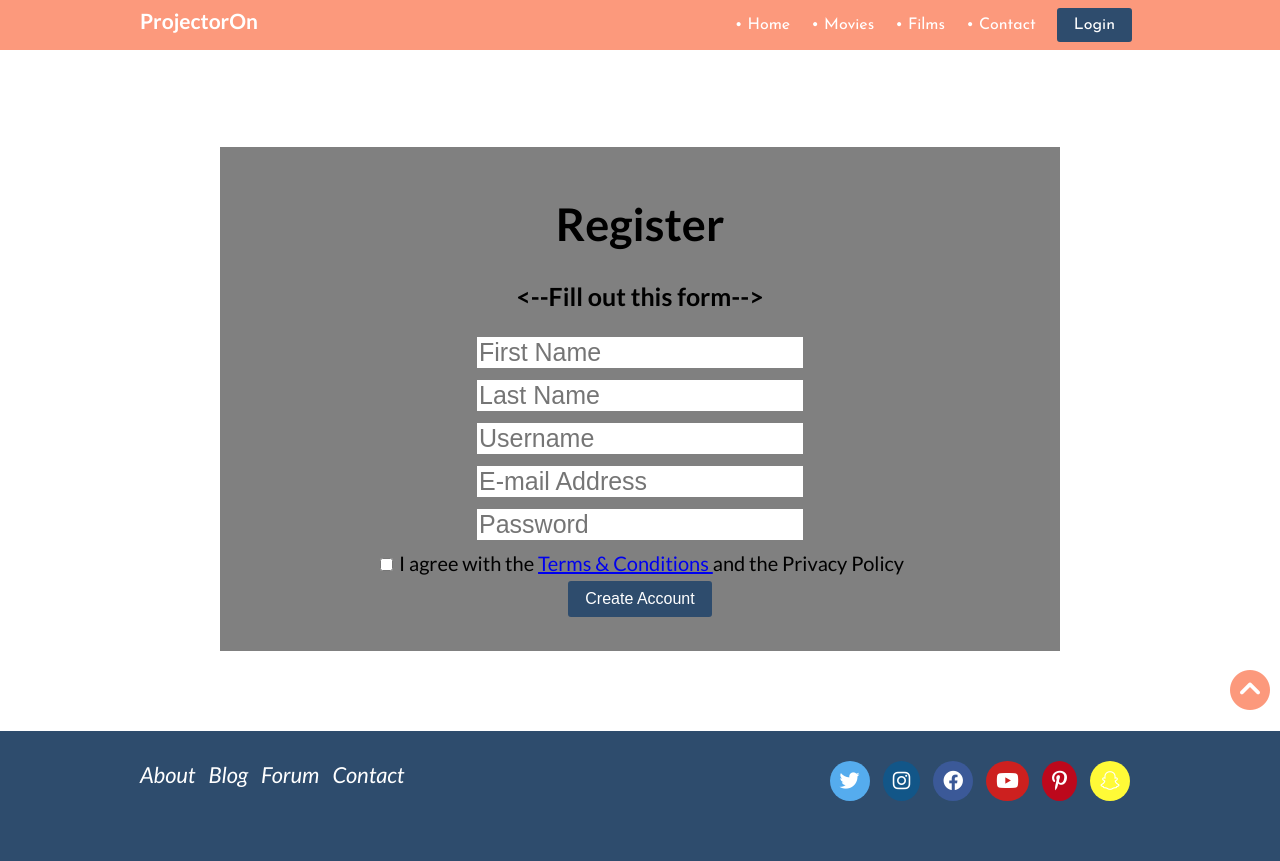
Repository: albayrakfatih/ProjectorOn_WebMovieApp
Page: register.html
The author's editor kept a copy of each file at every save. The page is drawn from the files as they stood at one save, then again after a run of saves.
The browser window is 1280 px wide. The pictures show the whole page.
Some web libraries are served in a nearby version.

Above is the page before, as saved 2023-04-30 02:12:15.

After the next 3 saves:
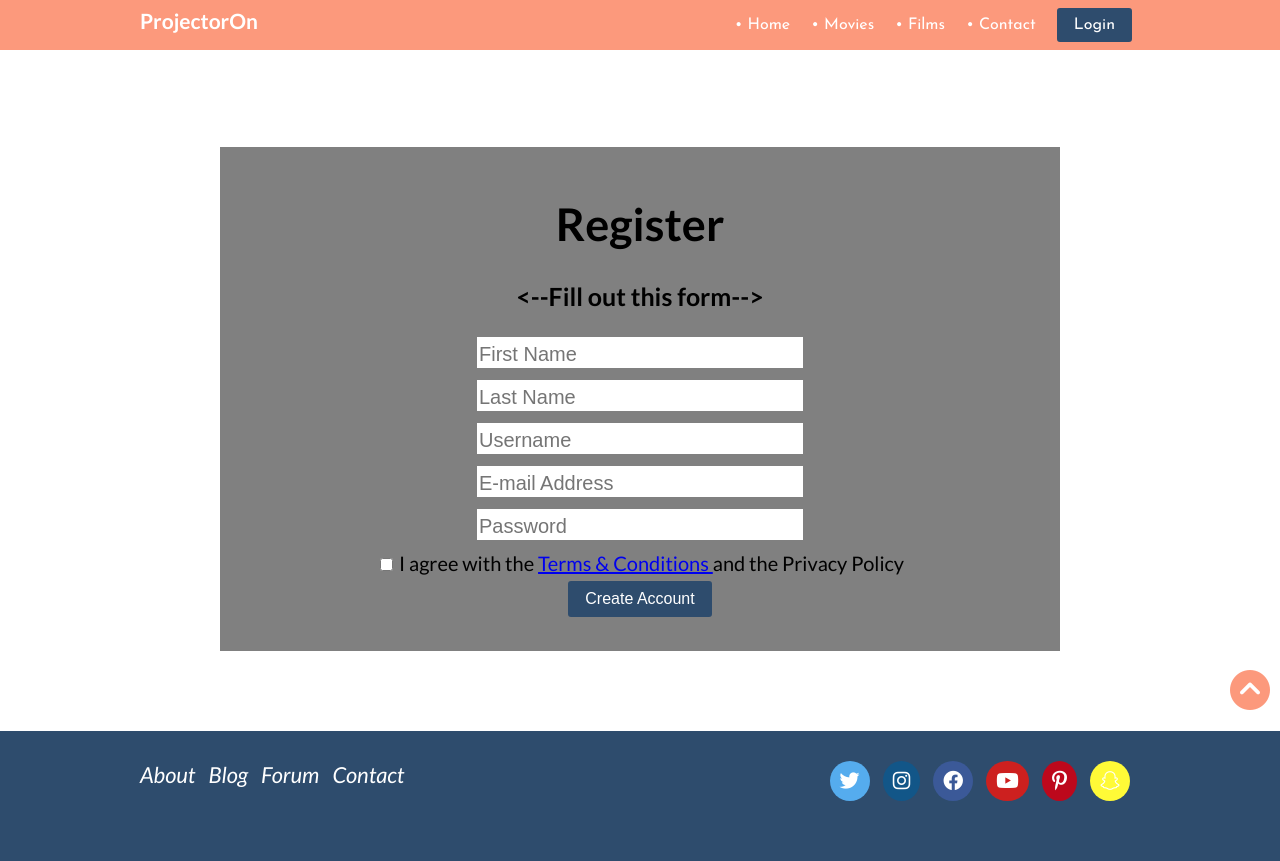
The 3 saves are shown as one change because they came seconds apart.
The last was saved 8 s later.
--- a/css/styles.css
+++ b/css/styles.css
@@ -415,5 +415,6 @@ footer ul li {
 }
 
 ::placeholder {
-    font-size: ;
-}
+    font-size: 20px;
+
+}
